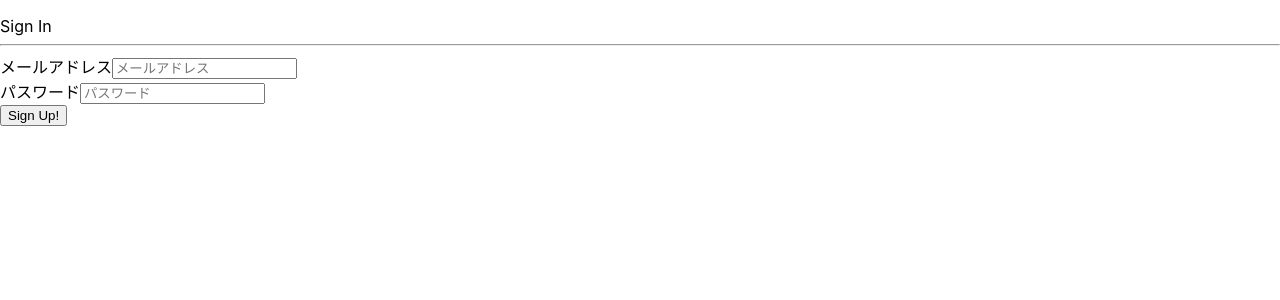
Repository: tosaken1116/Backs-of-seniors-hackathon
Page: /components/SignInModal
The author's editor kept a copy of each file at every save. The page is drawn from the files as they stood at one save, then again after the next save.
The browser window is 1280 px wide. The pictures show the whole page.
The project was rebuilt for these pictures with package versions that can differ from the ones it lists, and the page was loaded fresh each time. The framework's server and built-in components were replaced by stand-ins that run in the browser. Also part of the build but not shown: next.config.js.

Above is the page before, as saved 2022-07-17 12:31:40.

After the next save:
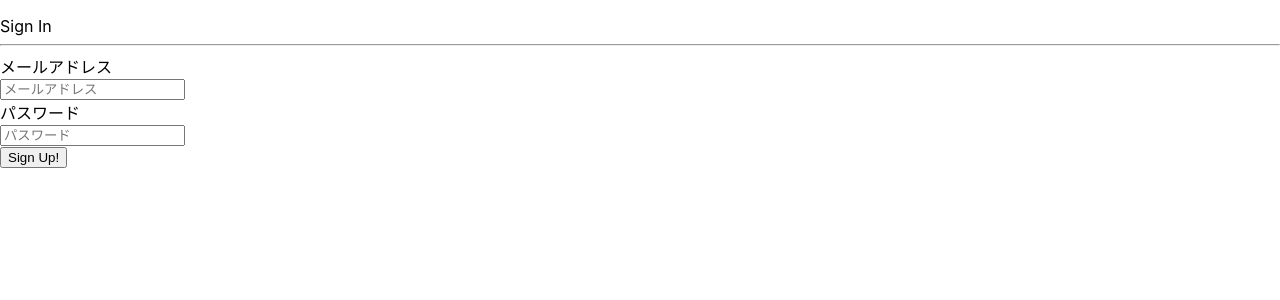
Saved 3 min 28 s later.
--- a/pages/components/SignInModal.tsx
+++ b/pages/components/SignInModal.tsx
@@ -26,8 +26,9 @@ export default function SignInModal() {
                                 <div className="uiForm">
                                     <div className="formField">
                                         <label>メールアドレス</label>
+                                        <br></br>
                                         <input
-                                            type="text"
+                                            type="text border-solid border-2 border-sky-300"
                                             placeholder="メールアドレス"
                                             name="email"
                                             required
@@ -38,8 +39,9 @@ export default function SignInModal() {
                                     </div>
                                     <div className="formField bg">
                                         <label>パスワード</label>
+                                        <br></br>
                                         <input
-                                            type="password"
+                                            type="password border-solid border-2 border-sky-300"
                                             placeholder="パスワード"
                                             name="password"
                                             required
